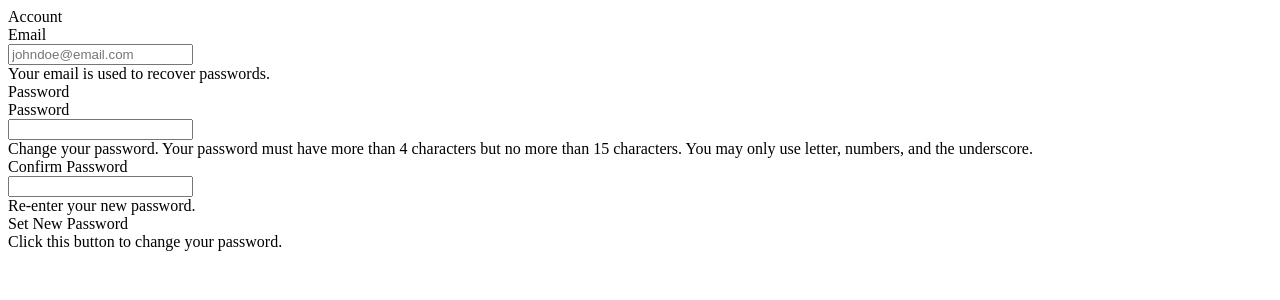
Repository: arjay07/AlineNotebook
Page: app/views/account.html
The author's editor kept a record of every edit. The page is drawn from the files as they stood at one moment, then again after the next edit.
The browser window is 1280 px wide. The pictures show the whole page.

Above is the page before.

After the next edit:
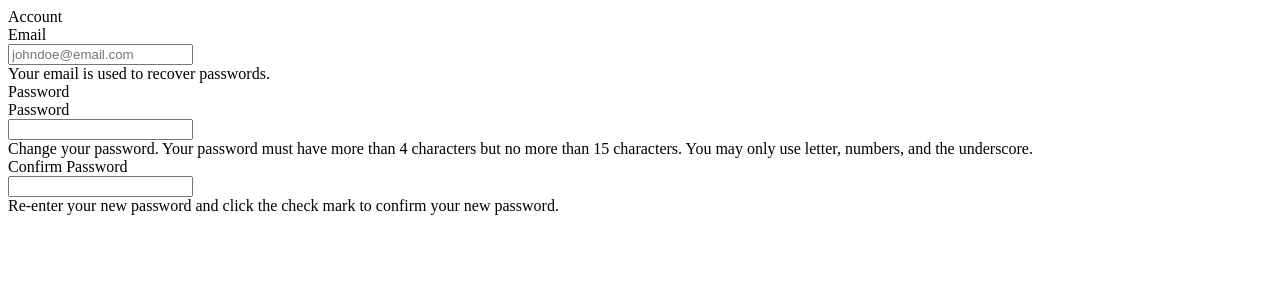
The edit:
--- a/app/views/account.html
+++ b/app/views/account.html
@@ -25,13 +25,6 @@
         <div class="settingfunction">
             <input type="password" id="confirmpassword"/> <div id="changepassword" class="iconbtn"><i class="fas fa-check"></i></div>
         </div>
-        <div class="settingdesc">Re-enter your new password.</div>
-    </div>
-    <div class="settingitem">
-        <div class="settinglabel">Set New Password</div>
-        <div class="settingfunction">
-            <div id="changepassword" class="btn"><i class="fas fa-check"></i></div>
-        </div>
-        <div class="settingdesc">Click this button to change your password.</div>
+        <div class="settingdesc">Re-enter your new password and click the check mark to confirm your new password.</div>
     </div>
 </div>
